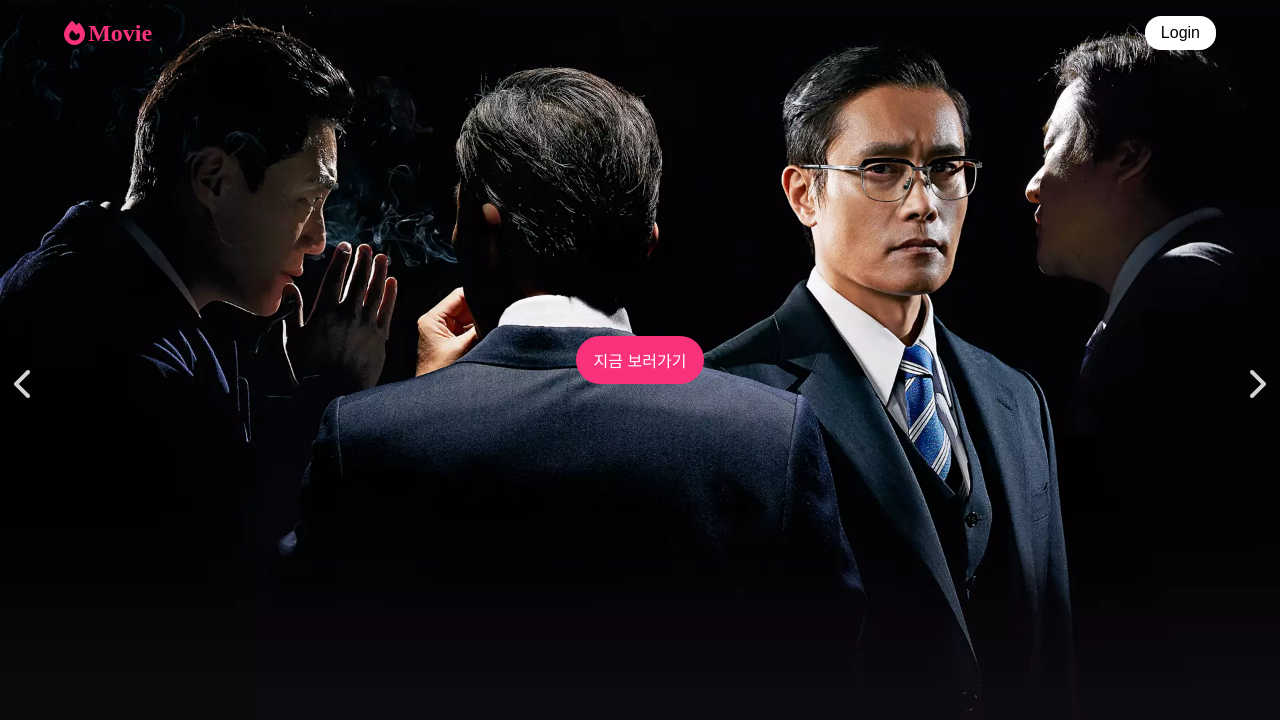
Repository: elice-study/elice_study_vanilla_jinkyu
Page: index.html
These files come from the project's save history. The page is drawn as it stood at one moment and after the next save; the edit follows.
The browser window is 1280 px wide. The pictures show the whole page.
Some web libraries are served in a nearby version.

Above is the page before, as saved 2023-06-01 11:49:18.

### index.html
<!DOCTYPE html>
<html lang="en">
<head>
    <meta charset="UTF-8">
    <meta http-equiv="X-UA-Compatible" content="IE=edge">
    <meta name="viewport" content="width=device-width, initial-scale=1.0">
    <title>Movie</title>
    <!-- <link rel="icon" href="logo.ico"> -->
    <!-- CSS -->
    <link rel="stylesheet" href="style.css">
    <!-- JS -->
    <script src="main.js" defer></script>
    <!-- Font Awesome -->
    <script src="https://kit.fontawesome.com/83424fe51a.js" crossorigin="anonymous"></script>
</head>
<body>
    <header id="header">
        <div class="logo">
            <i class="fa fa-fire"></i>
            <h1 class="logo__title">Movie</h1>
        </div>
        <div class="user">
            <button class="user__login">Login</button>
        </div>
    </header>
    <section class="banner">
        <div class="slider">
            <div class="slide active"></div>
            <div class="slide"></div>
            <div class="slide"></div>
        </div>
        <div class="banner__btns">
            <button class="btn-Watch">지금 보러가기</button>
            <button class="btn-left">
                <i class="fa fa-chevron-left"></i>
            </button>
            <button class="btn-right">
                <i class="fa fa-chevron-right"></i>
            </button>
        </div>
    </section>
</body>
</html>

### style.css
/* Global setting */
:root{
    --color-accent: #fa327b;
}

*{
    box-sizing: border-box;
    padding: 0;
    margin: 0;
}

button{
    cursor: pointer;
}

body{
    background-color: black;
}

/* Header */
#header{
    z-index: 1;
    position: fixed;
    top: 0;
    left: 0;
    width: 100%;
    display: flex;
    justify-content: space-between;
    align-items: center;
    padding: 1rem 4rem;
    background-color: transparent;
}

#header.dark{
    background-color: black;
}

.logo{
    cursor: pointer;
    display: flex;
    align-items: center;
    color: var(--color-accent);
}

.fa-fire{
    font-size: 1.5rem;
    margin-right: 0.2rem;
}

.logo__title{
    font-size: 1.5rem;
}

.user__login{
    background-color: white;
    font-size: 1rem;
    border-radius: 1rem;
    border: none;
    padding: 0.5rem 1rem;
}
/* Main */
.banner{
    width: 100%;
    height: 100vh;
    position: relative;
}

.slider{
    position: relative;
    width: 100%;
    height: 100%;
    margin-bottom: 5rem;
}

.slide{
    position: absolute;
    width: 100%;
    height: 100%;
    display: none;
}

.slide.active{
    display: block;
}

.slide:nth-child(1){
    background: url(img/poster1.webp) no-repeat center;
    background-size: cover;
}

.slide:nth-child(2){
    background: url(img/poster2.webp) no-repeat center;
    background-size: cover;
}

.slide:nth-child(3){
    background: url(img/poster3.webp) no-repeat center;
    background-size: cover;
}

.btn-Watch{
    z-index: 1;
    position: absolute;
    width: 8rem;
    height: 3rem;
    font-size: 1rem;
    background-color: var(--color-accent);
    color: white;
    border-radius: 1.5rem;
    top: 50%;
    left: 50%;
    transform: translate(-50%,-50%);
    border: none;
}

.btn-left{
    z-index: 1;
    position: absolute;
    width: 3rem;
    height: 3rem;
    top: 50%;
    left: 0%;
    border: none;
    background-color: transparent;
    /* transform: translate(-50%,-50%); */
}

.btn-right{
    z-index: 1;
    position: absolute;
    width: 3rem;
    height: 3rem;
    top: 50%;
    right: 0%;
    border: none;
    background-color: transparent;
    /* transform: translate(-50%,-50%); */
}

.btn-left > i{
    color: lightgray;
    font-size: 2rem;
}

.btn-right > i{
    color: lightgray;
    font-size: 2rem;
}

.btn-left:hover .fa-chevron-left{
    color: white;
}

.btn-right:hover .fa-chevron-right{
    color: white;
}

Loaded but not shown: main.js (common file)

After the next save:
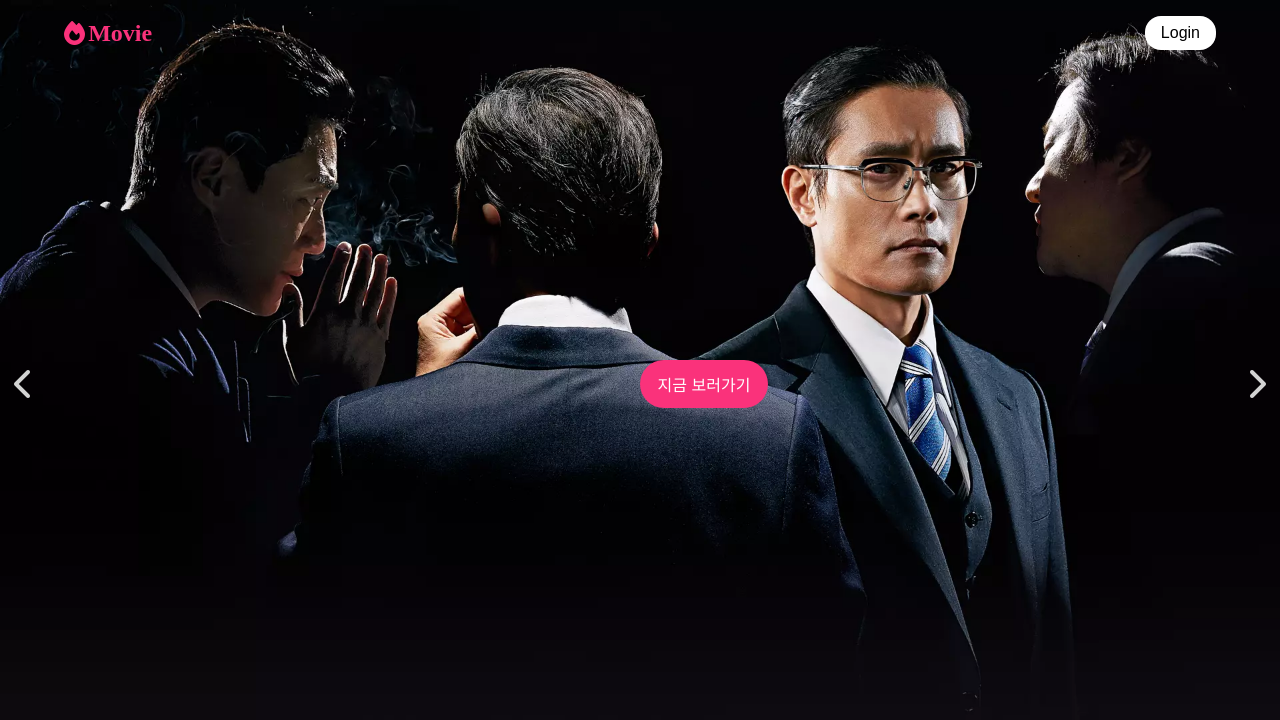
Saved 12 s later.
--- a/style.css
+++ b/style.css
@@ -109,7 +109,6 @@
     border-radius: 1.5rem;
     top: 50%;
     left: 50%;
-    transform: translate(-50%,-50%);
     border: none;
 }
 
@@ -122,7 +121,6 @@
     left: 0%;
     border: none;
     background-color: transparent;
-    /* transform: translate(-50%,-50%); */
 }
 
 .btn-right{
@@ -134,7 +132,6 @@
     right: 0%;
     border: none;
     background-color: transparent;
-    /* transform: translate(-50%,-50%); */
 }
 
 .btn-left > i{

After the save that followed:
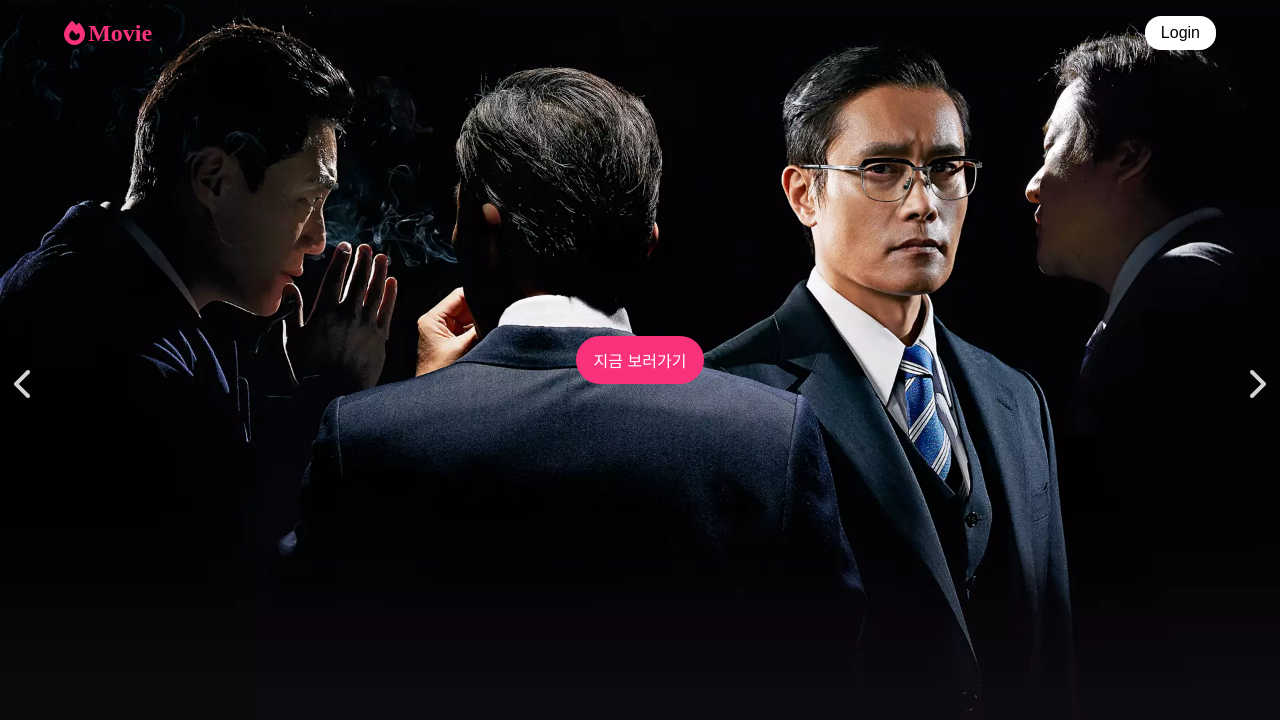
Saved 9 s later.
--- a/style.css
+++ b/style.css
@@ -109,6 +109,7 @@
     border-radius: 1.5rem;
     top: 50%;
     left: 50%;
+    transform: translate(-50%,-50%);
     border: none;
 }
 
